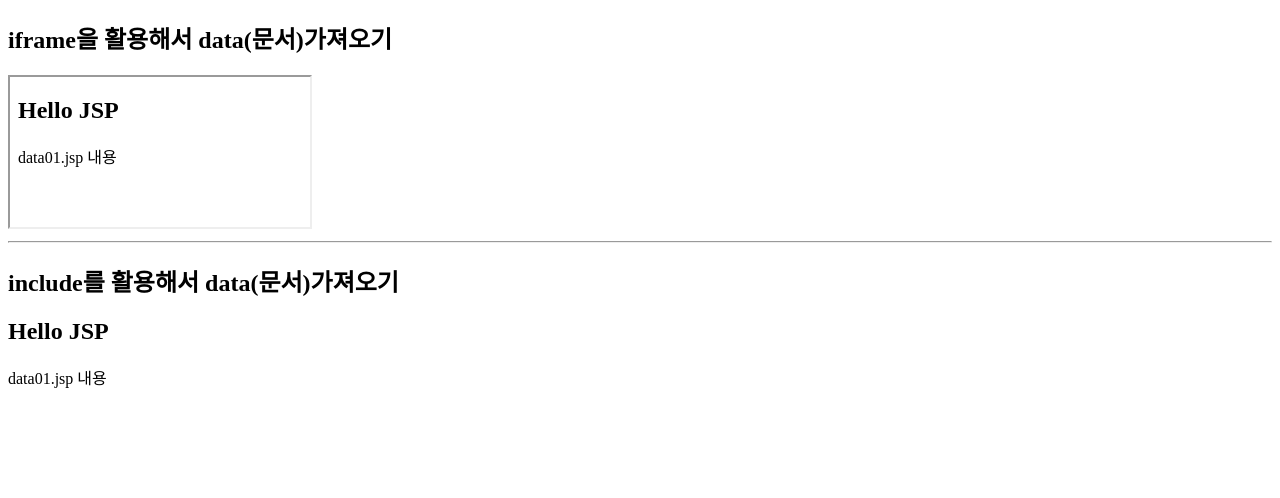
Repository: tjdwlsl/jspstudy
Page: http://localhost/JQuery_Ajax/02_ajax/ex03/ex01.jsp
These files come from the project's save history. The page is drawn as it stood at one moment and after the next save; the edit follows.
The browser window is 1280 px wide. The pictures show the whole page.
The page is served by Tomcat 9.

Above is the page before, as saved 2023-07-20 09:01:16.

After the next save:
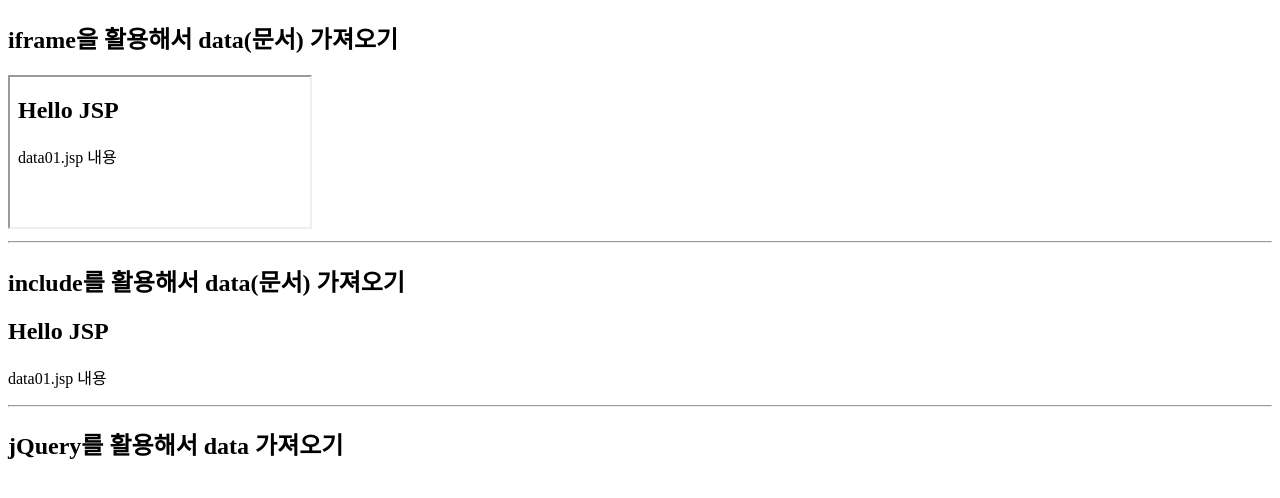
Saved 85 s later.
--- a/JQuery_Ajax/src/main/webapp/02_ajax/ex03/ex01.jsp
+++ b/JQuery_Ajax/src/main/webapp/02_ajax/ex03/ex01.jsp
@@ -21,14 +21,18 @@
 </head>
 <body>
 	<div>
-		<h2>iframe을 활용해서 data(문서)가져오기</h2>
+		<h2>iframe을 활용해서 data(문서) 가져오기</h2>
 		<iframe src="data01.jsp"></iframe>
 	</div>
 	<hr>
 
 	<div>
-		<h2>include를 활용해서 data(문서)가져오기</h2>
+		<h2>include를 활용해서 data(문서) 가져오기</h2>
 		<jsp:include page="data01.jsp" />
+	</div>
+	<hr>
+	<div>
+		<h2>jQuery를 활용해서 data 가져오기</h2>
 	</div>
 
 </body>
